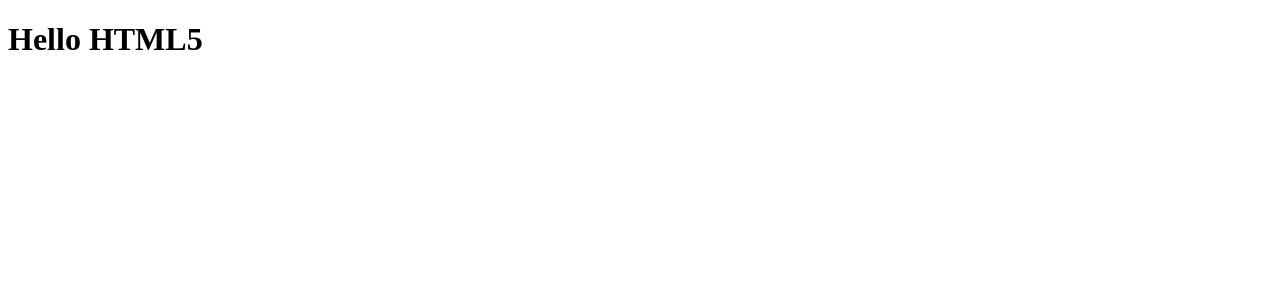
Repository: Rummikub/DBStudy
Page: HTMLProject2/WebContent/HTML/EXAM1.html
The author's editor kept a copy of each file at every save. The page is drawn from the files as they stood at one save, then again after the next save.
The browser window is 1280 px wide. The pictures show the whole page.

Above is the page before, as saved 2020-02-04 06:25:04.

After the next save:
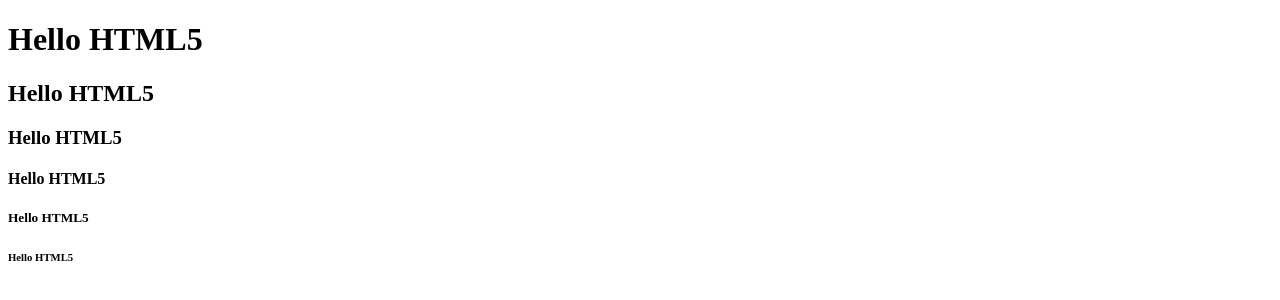
Saved 95 s later.
--- a/HTMLProject2/WebContent/HTML/EXAM1.html
+++ b/HTMLProject2/WebContent/HTML/EXAM1.html
@@ -18,6 +18,13 @@
 <title>Insert title here</title>
 </head>
 <body>
+<!-- h1~ h6: 제목(heading) -->
   <h1>Hello HTML5</h1>
+  <h2>Hello HTML5</h2>
+  <h3>Hello HTML5</h3>
+  <h4>Hello HTML5</h4>
+  <h5>Hello HTML5</h5>
+  <h6>Hello HTML5</h6>
+
 </body>
 </html>
